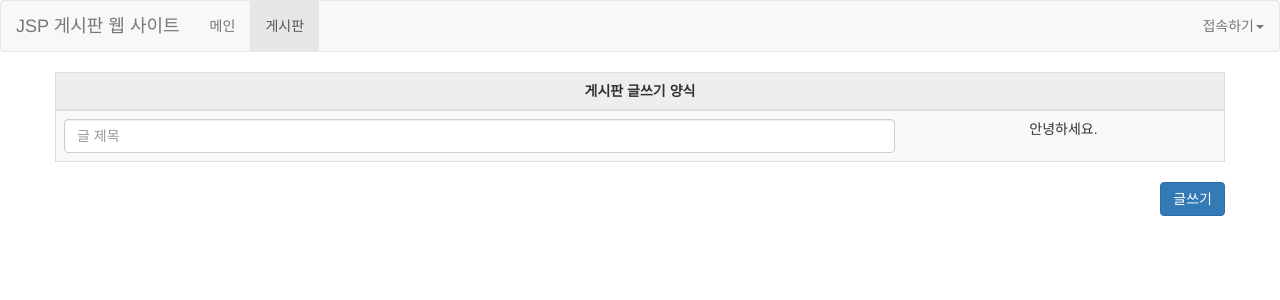
Repository: jsj961/bulletin-board-system
Page: http://localhost/BBS/write.jsp
An editor plug-in stored every save of this project. The page is shown before and after the next save, followed by the edit.
The browser window is 1280 px wide. The pictures show the whole page.
Some web libraries are served in a nearby version. The page is served by Tomcat 9. Other server files are loaded and not shown.

Above is the page before, as saved 2021-07-01 05:08:59.

### BBS/src/main/webapp/write.jsp
<%@ page language="java" contentType="text/html; charset=UTF-8"
    pageEncoding="UTF-8"%>
<%@ page import="java.io.PrintWriter" %>
<!DOCTYPE html>
<html>
<head>
<meta charset="UTF-8">
<meta name="viewport" content="width=device-width", initial-scale="1">
<link rel="stylesheet" href="css/bootstrap.css">
<title>JSP 게시판 웹 사이트</title>
</head>
<body>
	<%
		String userID = null;
		if(session.getAttribute("userID") != null) {
			userID = (String) session.getAttribute("userID");
		}
	%>
	<nav class="navbar navbar-default">
		<div class="navbar-header">
			<button type="button" class="navbar-toggle collasped"
				data-toggle="collapse" data-target="#bs-example-navbar-collaspe-1"
				aria-expanded="false">
				<span class="icon-bar"></span>
				<span class="icon-bar"></span>
				<span class="icon-bar"></span>
			</button>
			<a class="navbar-brand" href="main.jsp">JSP 게시판 웹 사이트</a>
		</div>
		<div class="collapse navbar-collapse" id="bs-example-navbar-collapse-1">
			<ul class="nav navbar-nav">
				<li><a href="main.jsp">메인</a></li>
				<li class="active"><a href="bbs.jsp">게시판</a></li>
			</ul>
			<%
				if(userID == null) {
			%>
			<ul class="nav navbar-nav navbar-right">
				<li class="dropdown">
					<a href="#" class="dropdown-toggle"
					 	data-toggle="dropdown" role="button" aria-haspopup="true"
					 	aria-expanded="false">접속하기<span class="caret"></span></a>
				 	<ul class="dropdown-menu">
				 		<li><a href="login.jsp">로그인</a></li>
				 		<li><a href="join.jsp">회원가입</a></li>
				 	</ul>
				</li>
			</ul>
			<%
				} else {
			%>
			<ul class="nav navbar-nav navbar-right">
				<li class="dropdown">
					<a href="#" class="dropdown-toggle"
					 	data-toggle="dropdown" role="button" aria-haspopup="true"
					 	aria-expanded="false">회원관리<span class="caret"></span></a>
				 	<ul class="dropdown-menu">
				 		<li><a href="logoutAction.jsp">로그아웃</a></li>
				 	</ul>
				</li>
			</ul>
			<%
				}
			%>
		</div>
	</nav>
	<div class="container">
		<div class="row">
			<table class="table table-striped" style="text-align: center; border: 1px solid #dddddd">
				<thead>
					<tr>
						<th colspan="2" style="background-color: #eeeeee; text-align: center;">게시판 글쓰기 양식</th>
					</tr>
				</thead>
				<tbody>
					<tr>
						<td><input type="text" class="form-control" placeholder="글 제목" name="bbsTitle" maxlength="50"></td>
						<td>안녕하세요.</td>
					</tr>
				</tbody>
			</table>
			<a href="write.jsp" class="btn btn-primary pull-right">글쓰기</a>
		</div>
	</div>
	<script src="https://ajax.googleapis.com/ajax/libs/jquery/3.2.1/jquery.min.js"></script>
	<script src="js/bootstrap.js"></script>

</body>
</html>

Loaded but not shown: BBS/src/main/webapp/css/bootstrap.css (library); BBS/src/main/webapp/js/bootstrap.js (library)

After the next save:
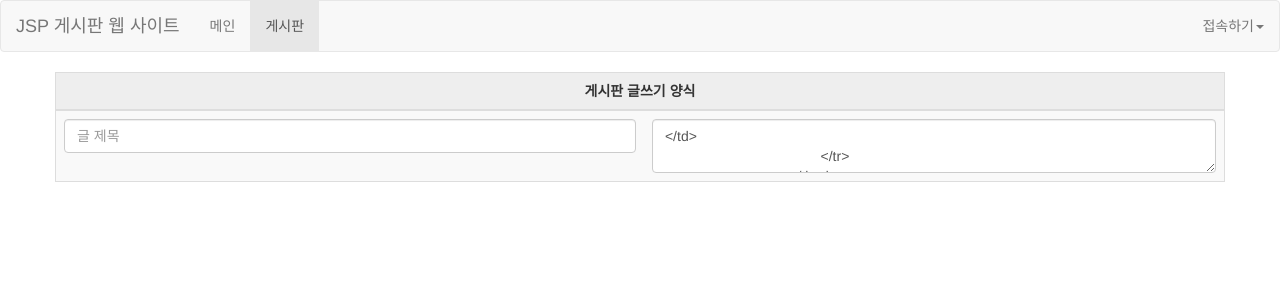
Saved 35 s later.
--- a/BBS/src/main/webapp/write.jsp
+++ b/BBS/src/main/webapp/write.jsp
@@ -75,7 +75,7 @@
 				<tbody>
 					<tr>
 						<td><input type="text" class="form-control" placeholder="글 제목" name="bbsTitle" maxlength="50"></td>
-						<td>안녕하세요.</td>
+						<td><textarea type="text" class="form-control" placeholder="글 제목" name="bbsTitle" maxlength="50"></td>
 					</tr>
 				</tbody>
 			</table>
